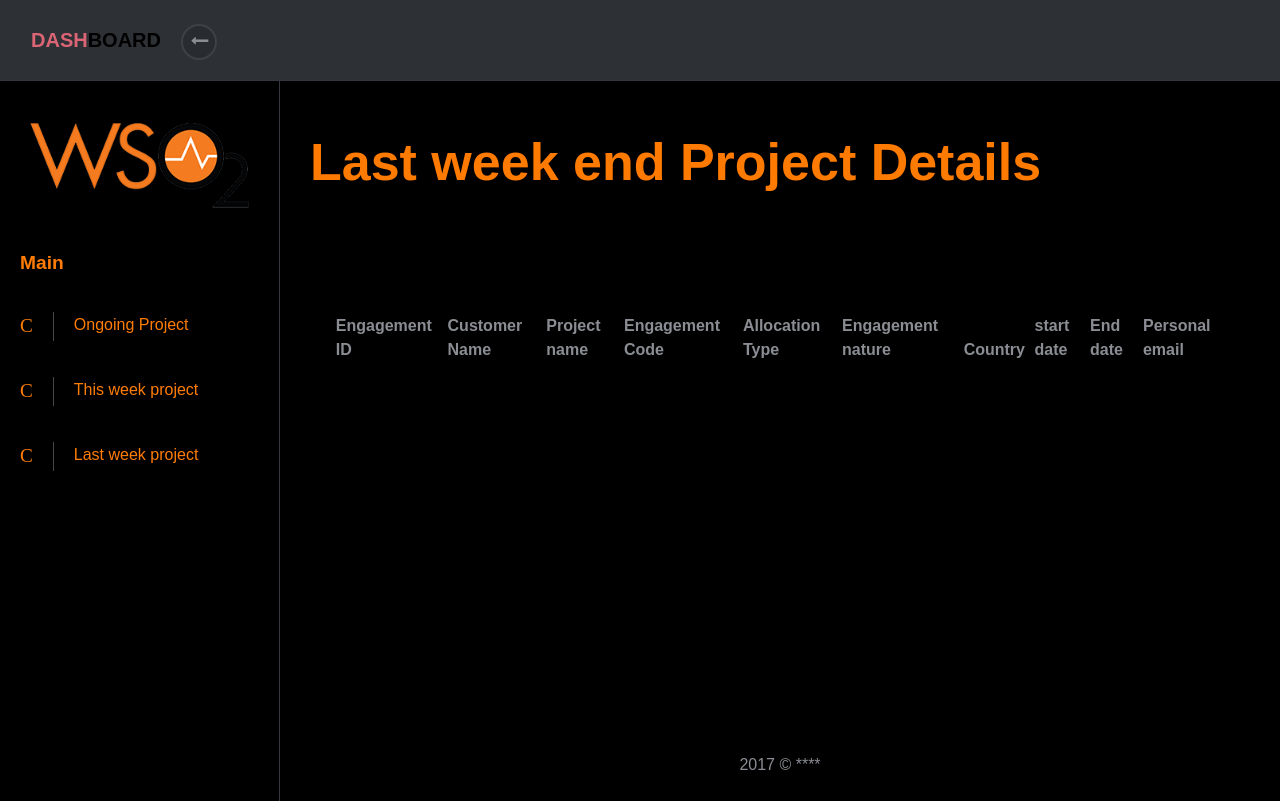
Repository: tharmini/engagement
Page: http://localhost/wproject/WEB-INF/views/LastweekprojectView.jsp
The author's editor kept a copy of each file at every save. The page is drawn from the files as they stood at one save, then again after the next save.
The browser window is 1280 px wide. The pictures show the whole page.
Some web fonts or font styles are not loaded; a fallback is used. Some web libraries are served in a nearby version. The page is served by Tomcat 9. Nobody is signed in. Other server files are loaded and not shown. The template is opened directly, without the code that normally fills it, so the values that code supplies are empty.

Above is the page before, as saved 2018-01-05 09:27:28.

### project (5)/wproject/WebContent/WEB-INF/views/LastweekprojectView.jsp
<%@ page language="java" contentType="text/html; charset=UTF-8"
 pageEncoding="UTF-8"%>
<%@ taglib uri="http://java.sun.com/jsp/jstl/core" prefix="c" %>
<!DOCTYPE html>
<html>
  <head>
    <meta charset="utf-8">
    <meta http-equiv="X-UA-Compatible" content="IE=edge">
    <title></title>
    <meta name="description" content="">
    <meta name="viewport" content="width=device-width, initial-scale=1">
    <meta name="robots" content="all,follow">
    <!-- Bootstrap CSS-->
    <link rel="stylesheet" href="vendor/bootstrap/css/bootstrap.min.css">
    <!-- Font Awesome CSS-->
    <link rel="stylesheet" href="vendor/font-awesome/css/font-awesome.min.css">
    <!-- Custom Font Icons CSS-->
    <link rel="stylesheet" href="css/font.css">
    <!-- Google fonts - Muli-->
    <link rel="stylesheet" href="https://fonts.googleapis.com/css?family=Muli:300,400,700">
    <!-- theme stylesheet-->
    <link rel="stylesheet" href="css/style.default.css" id="theme-stylesheet">
    <!-- Custom stylesheet - for your changes-->
    <link rel="stylesheet" href="css/custom.css">
    <!-- Favicon-->
    <link rel="shortcut icon" href="WebContent/WEB-INF/views/dark-admin/img/WSO2_Software_Logo.png">
    <!-- Tweaks for older IEs--><!--[if lt IE 9]>
        <script src="https://oss.maxcdn.com/html5shiv/3.7.3/html5shiv.min.js"></script>
        <script src="https://oss.maxcdn.com/respond/1.4.2/respond.min.js"></script><![endif]-->
  </head>
  <body>
    <header class="header">
      <nav class="navbar navbar-expand-lg">


        <div class="container-fluid d-flex align-items-center justify-content-between">
          <div class="navbar-header"><a href="index.html" class="navbar-brand">
              <div class="brand-text brand-big visible text-uppercase"><strong class="text-primary">DASH</strong><strong>BOARD</strong></div>
              <div class="brand-text brand-sm"><strong class="text-primary">D</strong><strong>B</strong></div></a>
            <button class="sidebar-toggle"><i class="fa fa-long-arrow-left"></i></button>
          </div>


        </div>
      </nav>
    </header>

    <div class="d-flex align-items-stretch">
      <!-- Sidebar Navigation-->
      <nav id="sidebar">
        <div class="sidebar-header d-flex align-items-center">
          <div><img src="img/WSO2_Software_Logo.png" alt="..." class="img-fluid"></div>


        </div>

		<span class="heading">Main</span>
        <ul class="list-unstyled">
                <li><a href="${pageContext.request.contextPath}/engagementList"> <i class="icon-page"></i>Ongoing Project  </a></li>
                <li><a href="${pageContext.request.contextPath}/Thisweekproject"> <i class="icon-page"></i>This week project </a></li>
                <li><a href="${pageContext.request.contextPath}/Lastweekproject"> <i class="icon-page"></i>Last week project </a></li>



      </nav>
      <div class="page-content">


        <div class="page-header">
          <div class="container-fluid">
		  <h2 class="h5 no-margin-bottom">

            Last week end Project Details</h2>
          </div>
        </div>
                <section class="no-padding-top">
          <div class="container-fluid">
            <div class="row">

              <div class="col-lg-12">
			  <p style="color: orange;">${errorString}</p>
                <div class="block  table-responsive">

                  <table class="table table-striped table-sm">
                    <thead>
                      <tr>
          <th>Engagement ID</th>
          <th>Customer Name</th>

          <th>Project name</th>
          <th>Engagement Code</th>
          <th>Allocation Type</th>
          <th>Engagement nature</th>
          <th>Country</th>
          <th>start date</th>
          <th>End date</th>
          <th>Personal email</th>


       </tr>
       <c:forEach items="${engagementList2}" var="engagement" >
          <tr>
             <td>${engagement.getId()}</td>
             <td>${engagement.getCustomer_name()}</td>

             <td>${engagement.getProject_name()}</td>
             <td>${engagement.getEngagement_code()}</td>
             <td>${engagement.getAllocation_type2()}</td>
             <td>${engagement.getEngagement_nature()}</td>
             <td>${engagement.getCountry()}</td>
             <td>${engagement.getStart_date()}</td>
             <td>${engagement.getEnd_date()}</td>
             <td>${engagement.person_email()}</td>

          </tr>
				   </c:forEach>
                    </tbody>
                  </table>
                </div>
              </div>
            </div>
          </div>
        </section>
        <footer class="footer">
          <div class="footer__block block no-margin-bottom">
            <div class="container-fluid text-center">
              <!-- Please do not remove the backlink to us unless you support us at https://bootstrapious.com/donate. It is part of the license conditions. Thank you for understanding :)-->
              <p class="no-margin-bottom">2017 &copy; **** </p>
            </div>
          </div>
        </footer>
      </div>
    </div>
    <!-- Javascript files-->
    <script src="https://code.jquery.com/jquery-3.2.1.min.js"></script>
    <script src="https://cdnjs.cloudflare.com/ajax/libs/popper.js/1.11.0/umd/popper.min.js"> </script>
    <script src="vendor/bootstrap/js/bootstrap.min.js"></script>
    <script src="vendor/jquery.cookie/jquery.cookie.js"> </script>
    <script src="vendor/chart.js/Chart.min.js"></script>
    <script src="js/charts-home.js"></script>
    <script src="js/front.js"></script>
  </body>
</html>

### project (5)/wproject/WebContent/css/font.css
@charset "UTF-8";

@font-face {
  font-family: "dark-dashboard";
  src:url("../fonts/dark-dashboard.eot");
  src:url("../fonts/dark-dashboard.eot?#iefix") format("embedded-opentype"),
    url("../fonts/dark-dashboard.woff") format("woff"),
    url("../fonts/dark-dashboard.ttf") format("truetype"),
    url("../fonts/dark-dashboard.svg#dark-dashboard") format("svg");
  font-weight: normal;
  font-style: normal;

}

[data-icon]:before {
  font-family: "dark-dashboard" !important;
  content: attr(data-icon);
  font-style: normal !important;
  font-weight: normal !important;
  font-variant: normal !important;
  text-transform: none !important;
  speak: none;
  line-height: 1;
  -webkit-font-smoothing: antialiased;
  -moz-osx-font-smoothing: grayscale;
}

[class^="icon-"]:before,
[class*=" icon-"]:before {
  font-family: "dark-dashboard" !important;
  font-style: normal !important;
  font-weight: normal !important;
  font-variant: normal !important;
  text-transform: none !important;
  speak: none;
  line-height: 1;
  -webkit-font-smoothing: antialiased;
  -moz-osx-font-smoothing: grayscale;
}

.icon-bars:before {
  content: "\61";
}
.icon-cloud:before {
  content: "\62";
}
.icon-computer:before {
  content: "\63";
}
.icon-contract:before {
  content: "\64";
}
.icon-controls:before {
  content: "\65";
}
.icon-dashboard:before {
  content: "\66";
}
.icon-email:before {
  content: "\67";
}
.icon-info:before {
  content: "\69";
}
.icon-layers:before {
  content: "\6a";
}
.icon-light-bulb:before {
  content: "\6b";
}
.icon-paper-and-pencil:before {
  content: "\6c";
}
.icon-pie-chart:before {
  content: "\6d";
}
.icon-pie-chart-1:before {
  content: "\6e";
}
.icon-presentation:before {
  content: "\6f";
}
.icon-settings:before {
  content: "\70";
}
.icon-settings-1:before {
  content: "\71";
}
.icon-three-cells:before {
  content: "\72";
}
.icon-writing-whiteboard:before {
  content: "\73";
}
.icon-magnifying-glass-browser:before {
  content: "\74";
}
.icon-new-file:before {
  content: "\75";
}
.icon-close:before {
  content: "\76";
}
.icon-flask:before {
  content: "\77";
}
.icon-grid:before {
  content: "\78";
}
.icon-picture:before {
  content: "\79";
}
.icon-website:before {
  content: "\7a";
}
.icon-line-chart:before {
  content: "\41";
}
.icon-log-out:before {
  content: "\42";
}
.icon-page:before {
  content: "\43";
}
.icon-log-out-1:before {
  content: "\44";
}
.icon-bill:before {
  content: "\45";
}
.icon-check:before {
  content: "\46";
}
.icon-list:before {
  content: "\47";
}
.icon-padnote:before {
  content: "\48";
}
.icon-pencil-case:before {
  content: "\49";
}
.icon-user:before {
  content: "\4a";
}
.icon-form-1:before {
  content: "\4b";
}
.icon-list-1:before {
  content: "\4c";
}
.icon-mail:before {
  content: "\4d";
}
.icon-presentation-1:before {
  content: "\4e";
}
.icon-logout:before {
  content: "\4f";
}
.icon-home:before {
  content: "\50";
}
.icon-windows:before {
  content: "\51";
}
.icon-chart:before {
  content: "\52";
}
.icon-repo-forked:before {
  content: "\68";
}
.icon-flow-branch:before {
  content: "\53";
}
.icon-user-outline:before {
  content: "\54";
}
.icon-user-1:before {
  content: "\55";
}

Loaded but not shown: project (5)/wproject/WebContent/css/custom.css (common file); project (5)/wproject/WebContent/js/charts-home.js (650 lines, source omitted); project (5)/wproject/WebContent/js/front.js (116 lines, source omitted); project (5)/wproject/WebContent/css/style.default.css (3181 lines, source omitted)

After the next save:
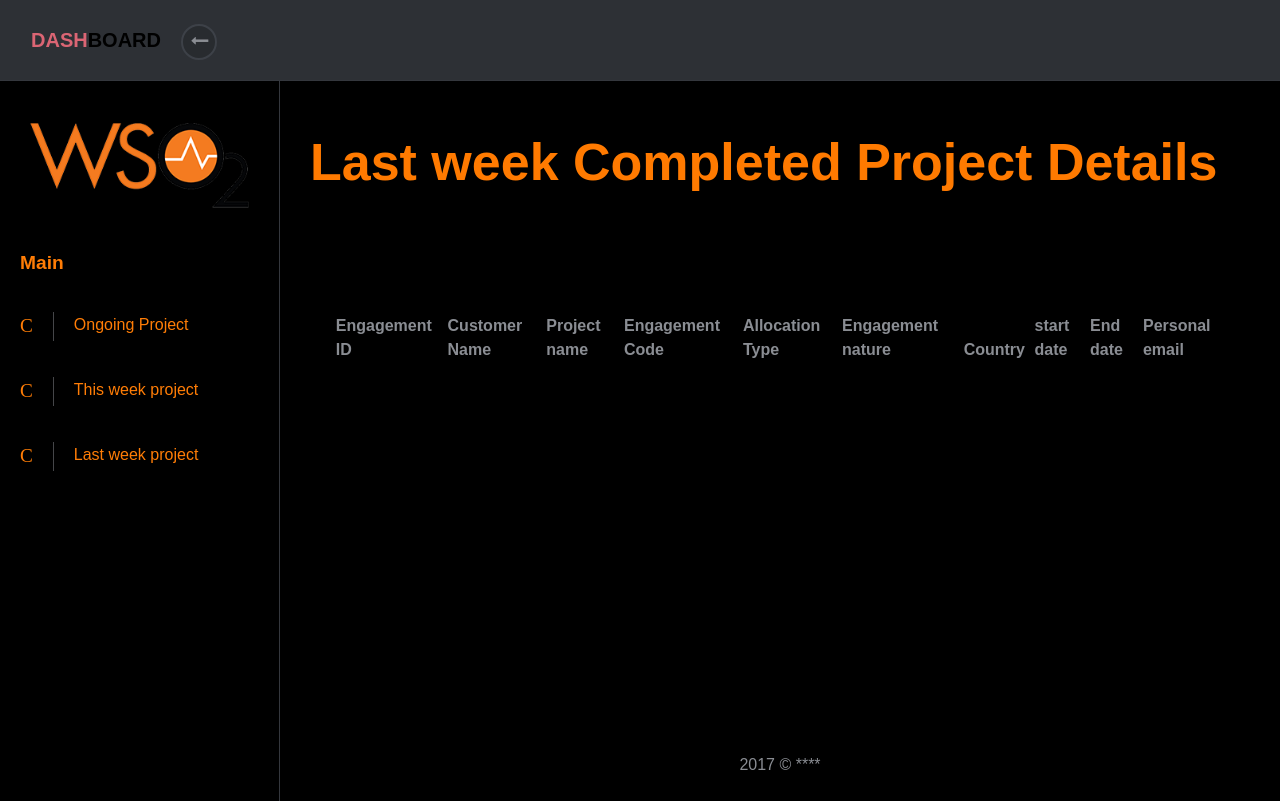
Saved 84 s later.
--- a/project (5)/wproject/WebContent/WEB-INF/views/LastweekprojectView.jsp
+++ b/project (5)/wproject/WebContent/WEB-INF/views/LastweekprojectView.jsp
@@ -70,7 +70,7 @@
           <div class="container-fluid">
 		  <h2 class="h5 no-margin-bottom">
 
-            Last week end Project Details</h2>
+            Last week Completed Project Details</h2>
           </div>
         </div>
                 <section class="no-padding-top">
